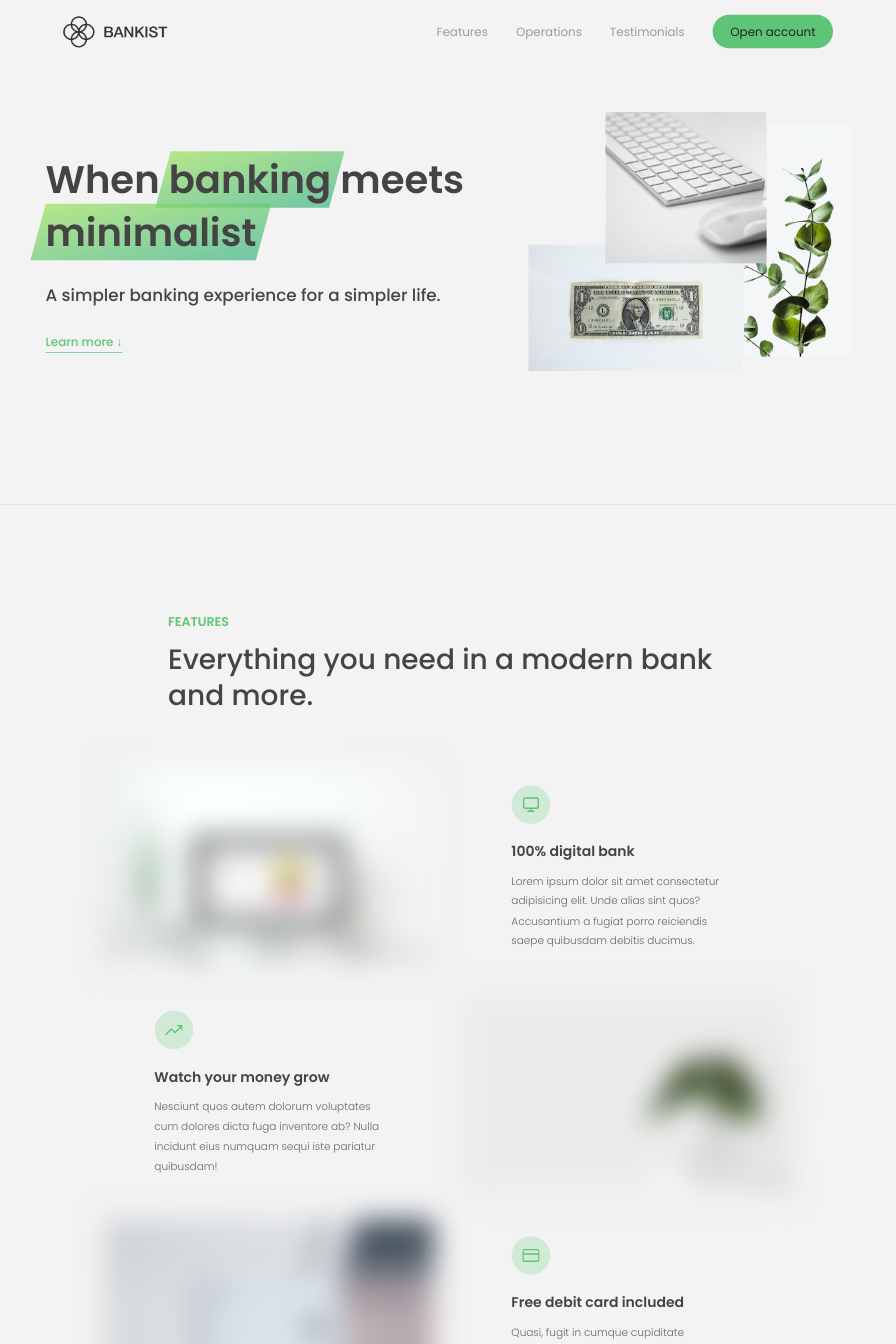
Repository: jiahow99/Javascript-Dom-Udemy
Page: index.html
These files come from the project's save history. The page is drawn as it stood at one moment and after a run of saves; the edit follows.
The browser window is 1280 px wide. The pictures show the part of the page from y = 0 to 1920 px (the page is 4881 px tall), at 70% of full size.
The pointer rests on the first visible `.nav`.

Above is the page before, as saved 2023-02-01 01:08:39.

After the next 2 saves:
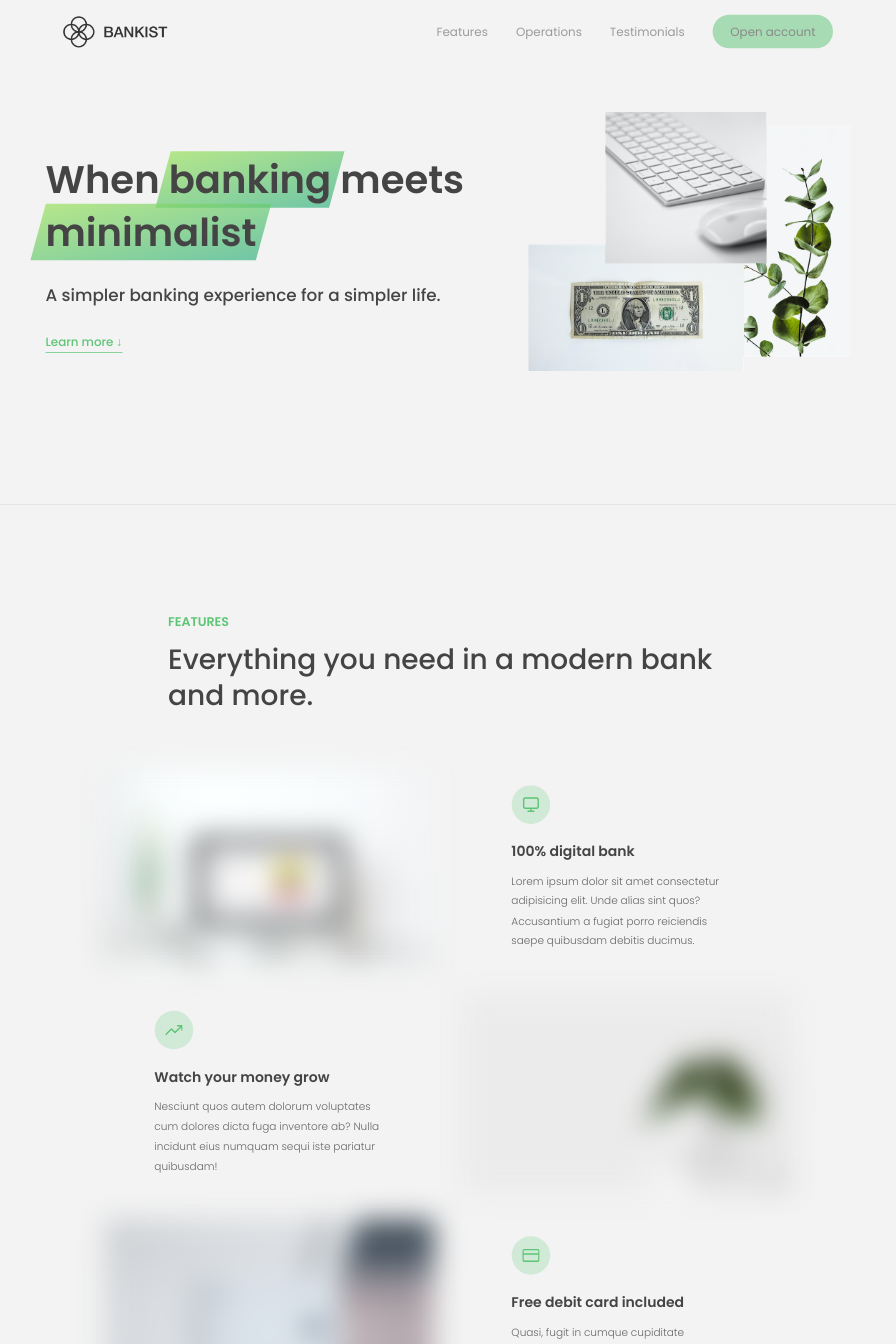
The 2 saves are shown as one change because they came seconds apart.
The last was saved 8 s later.
--- a/style.css
+++ b/style.css
@@ -124,7 +124,7 @@
   z-index: 100;
 }
 
-.nav:hover .nav__item:not(.btn-open-acc) a {
+.nav:hover:not(.btn-open-acc) .nav__item a {
   opacity: 0.5;
 }
 
